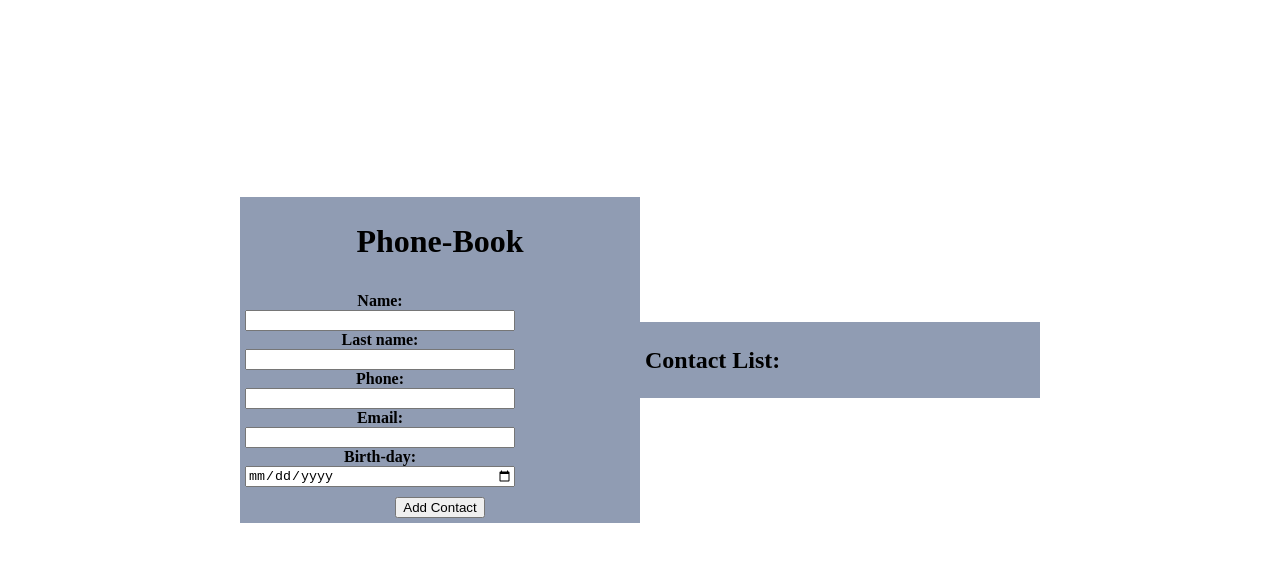
Repository: STA1357/Phone-book
Page: Inner.html
An editor plug-in stored every save of this project. The page is shown before and after the next save, followed by the edit.
The browser window is 1280 px wide. The pictures show the whole page.

Above is the page before, as saved 2020-12-10 11:30:01.

After the next save:
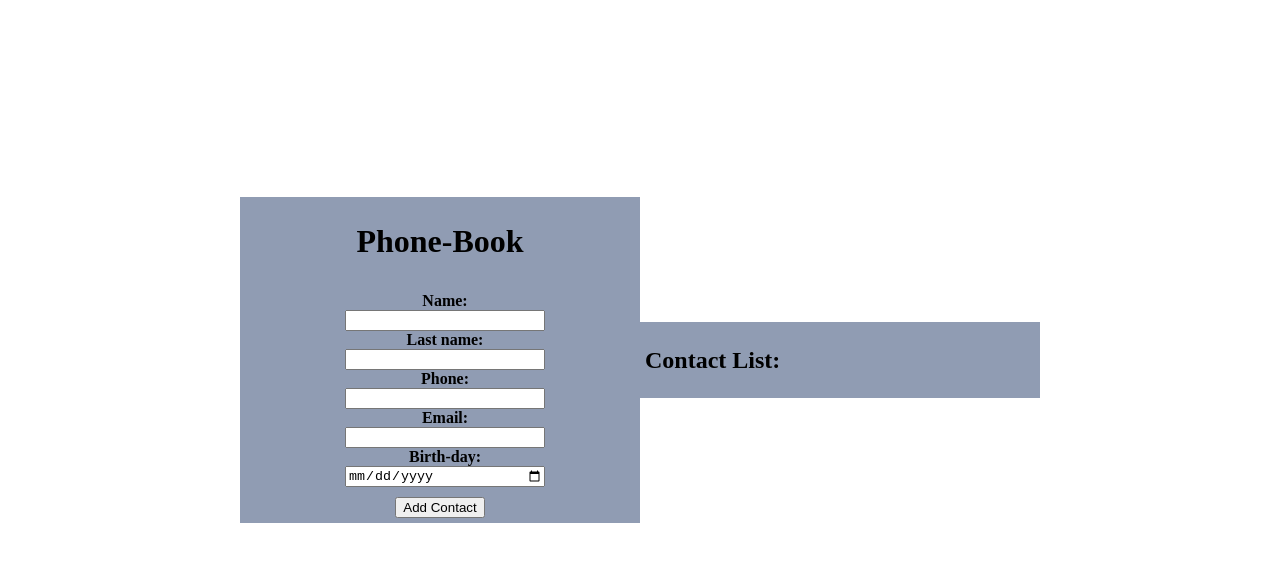
Saved 23 s later.
--- a/styles.css
+++ b/styles.css
@@ -21,7 +21,7 @@ form{
 }
 
 main{
-    justify-content: center;
+    margin-left: 25%;
 }
 
 .container{
